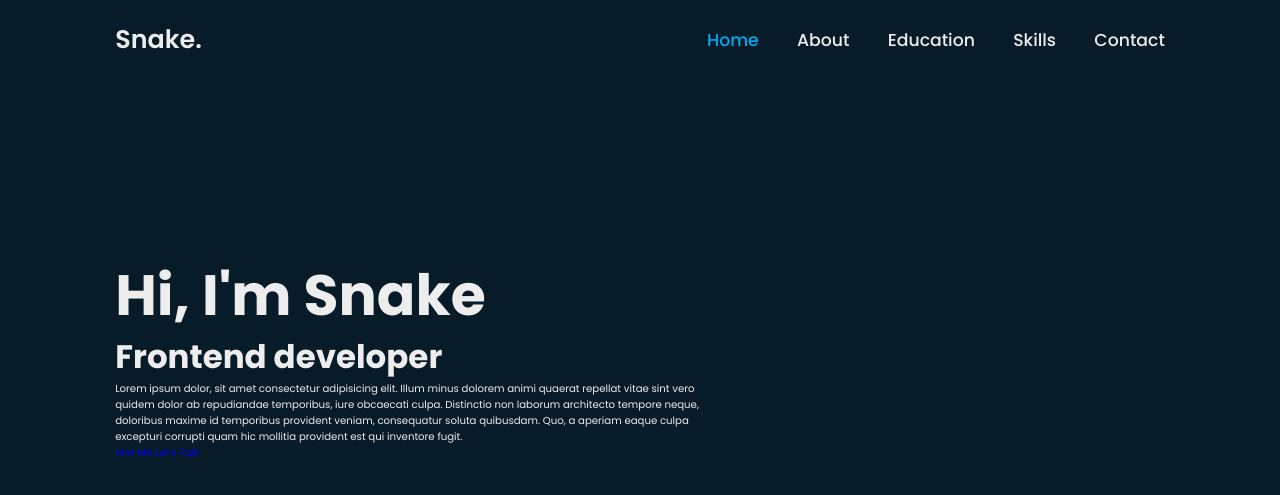
Repository: Tanty102/About_Me
Page: index.html
The author's editor kept a copy of each file at every save. The page is drawn from the files as they stood at one save, then again after a run of saves.
The browser window is 1280 px wide. The pictures show the whole page.

Above is the page before, as saved 2023-09-12 16:39:07.

### index.html
<!DOCTYPE html>
<html lang="en">
  <head>
    <meta charset="UTF-8" />
    <meta name="viewport" content="width=device-width, initial-scale=1.0" />
    <link rel="stylesheet" href="style.css" />
    <title>CV Snake</title>
  </head>

  <!-- box icons -->
  <link href='https://unpkg.com/boxicons@2.1.4/css/boxicons.min.css' rel='stylesheet'>
  <body>
    <!-- Header design -->
    <header class="header">
      <a href="#" class="logo">Snake.</a>

      <div class="bx bx-menu" id="menu-icon"></div>

      <nav class="navbar">
        <a href="#home" class="active">Home</a>
        <a href="#about">About</a>
        <a href="#education">Education</a>
        <a href="#skills">Skills</a>
        <a href="#contact">Contact</a>
      </nav>
    </header>

    <!-- home section design -->
    <section class="home" id="home">
      <div class="home-content">
        <h1>Hi, I'm <span>Snake</span></h1>
        <div class="text-animate">
          <h3>Frontend developer</h3>
        </div>
        <p>Lorem ipsum dolor, sit amet consectetur adipisicing elit. Illum minus dolorem animi quaerat repellat vitae sint vero quidem dolor ab repudiandae temporibus, iure obcaecati culpa. Distinctio non laborum architecto tempore neque, doloribus maxime id temporibus provident veniam, consequatur soluta quibusdam. Quo, a aperiam eaque culpa excepturi corrupti quam hic mollitia provident est qui inventore fugit.</p>

        <div class="btn-box">
          <a href="#" class="btn">Hire Me</a>
          <a href="#" class="btn">Let's Talk</a>
        </div>
      </div>
    </section>

    <script src="main.js"></script>
  </body>
</html>

### style.css
@import url("https://fonts.googleapis.com/css2?family=Poppins:wght@300;400;500;600;700;800;900&display=swap");

* {
  margin: 0;
  padding: 0;
  box-sizing: border-box;
  text-decoration: none;
  border: none;
  outline: none;
  scroll-behavior: smooth;
  font-family: "Poppins", sans-serif;
}

:root {
  --bg-color: #081b29;
  --second-bg-color: #112e42;
  --text-color: #ededed;
  --main-color: #00abf0;
}

html {
  font-size: 63.5%;
  overflow-x: hidden;
}

body {
  background: var(--bg-color);
  color: var(--text-color);
}

.header {
  position: fixed;
  top: 0;
  left: 0;
  width: 100%;
  padding: 2rem 9%;
  background: transparent;
  display: flex;
  justify-content: space-between;
  align-items: center;
  z-index: 100;
}

.logo {
  font-size: 2.5rem;
  color: var(--text-color);
  font-weight: 600;
}

.navbar a {
  font-size: 1.7rem;
  color: var(--text-color);
  font-weight: 500;
  margin-left: 3.5rem;
  transition: 0.3s;
}

.navbar a:hover,
.navbar a.active{
  color: var(--main-color);
}

#menu-icon {
  font-size: 3.6rem;
  color: var(--text-color);
  cursor: pointer;
  display: none;
}

section {
  min-height: 100vh;
  padding: 10rem 9% 2rem;
}

.home {
  display: flex;
  align-items: center;
  padding: 0 9%;
}

.home-content {
  max-width: 60rem;
}

.home-content h1 {
  font-size: 5.6rem;
  font-weight: 700;
  line-height: 1.3;
}

.home-content .text-animate {
  position: relative;
  width: 32.8rem;
}

.home-content .text-animate h3 {
  font-size: 3.2rem;
  fw
}

Loaded but not shown: main.js (no copy from this time; the picture is the same without it)

After the next 4 saves:
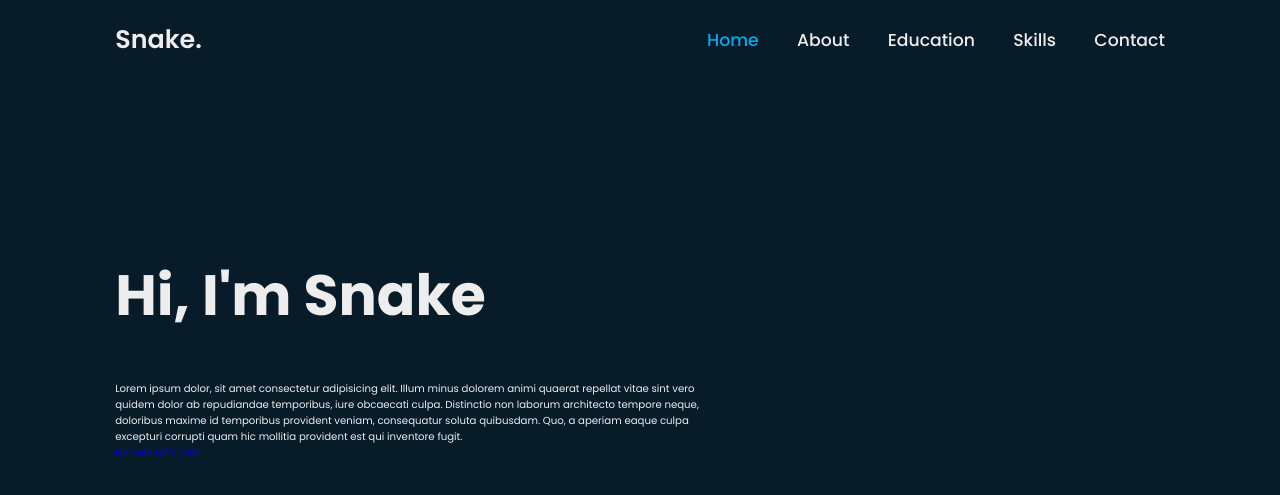
The 4 saves are shown as one change because they came seconds apart.
The last was saved 12 s later.
--- a/style.css
+++ b/style.css
@@ -95,5 +95,7 @@ section {
 
 .home-content .text-animate h3 {
   font-size: 3.2rem;
-  fw
+  font-weight: 700;
+  color: transparent;
+  -w
 }
